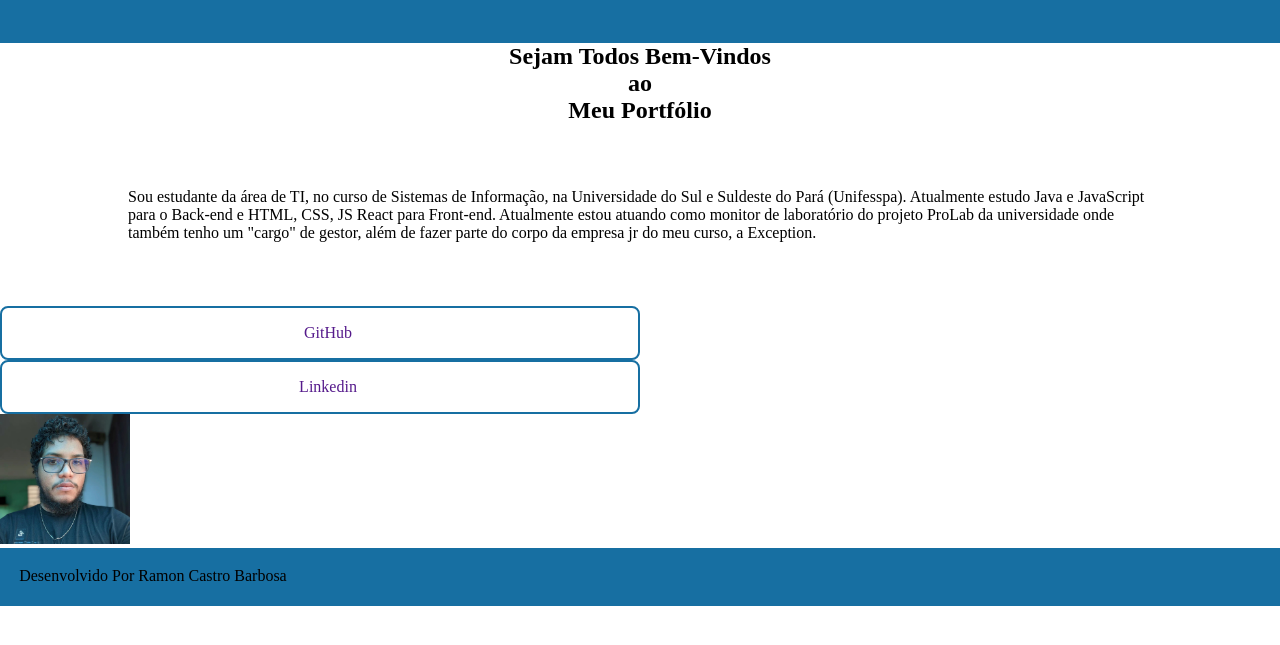
Repository: ramoncbarbosa/Web1_Atividade2
Page: index.html
An editor plug-in stored every save of this project. The page is shown before and after the next save, followed by the edit.
The browser window is 1280 px wide. The pictures show the whole page.

Above is the page before, as saved 2023-06-10 15:36:20.

After the next save:
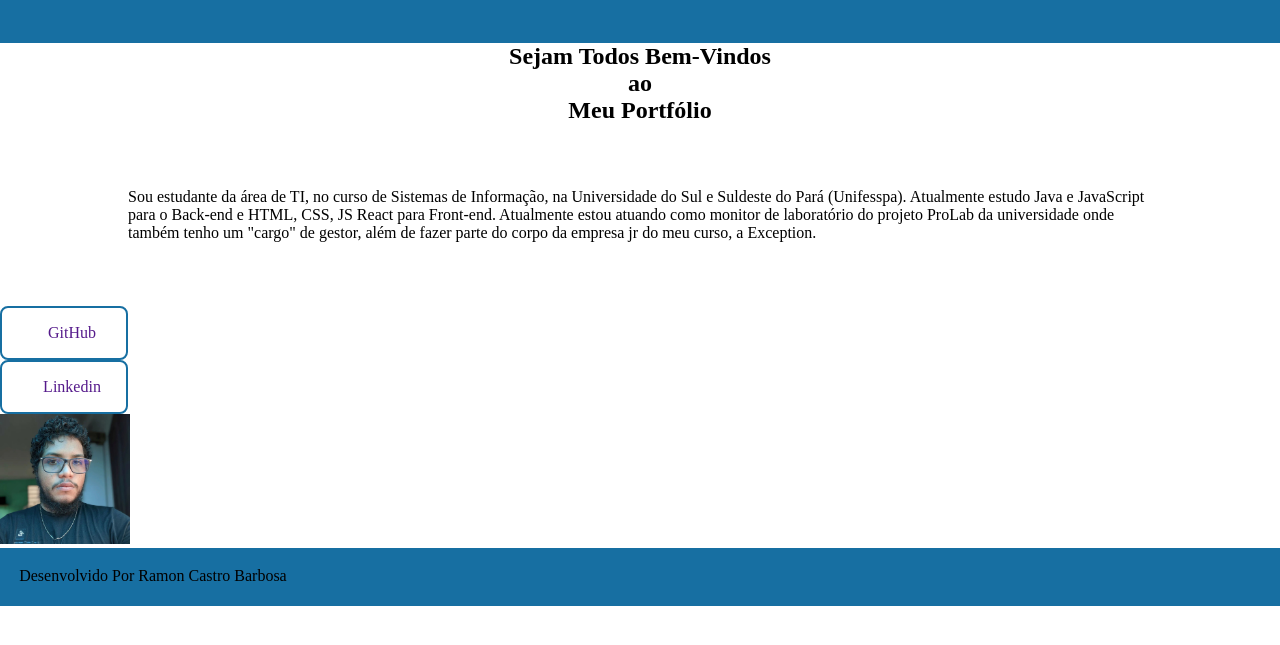
Saved 7 s later.
--- a/styles/styles.css
+++ b/styles/styles.css
@@ -46,7 +46,7 @@
 }
 
 .princiapl__links__social{
-    width: 50%;
+    width: 10%;
     padding: 1rem 0;
 
     display: flex;
